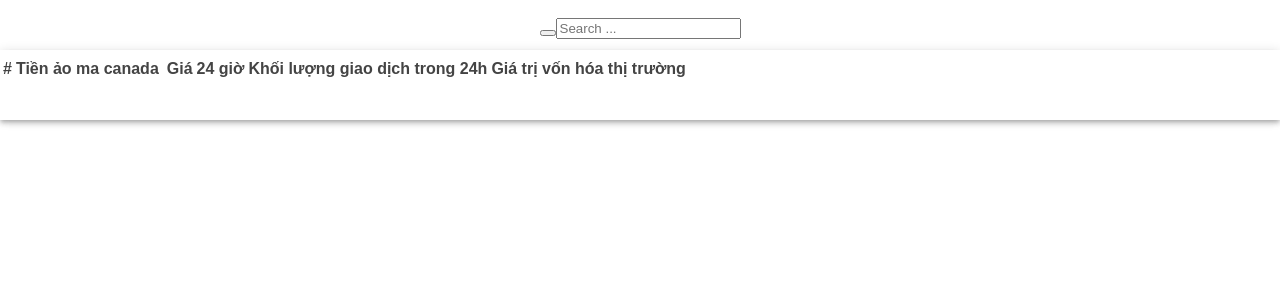
Repository: duongspm/loly-cuptea
Page: /
These files come from the project's save history. The page is drawn as it stood at one moment and after a run of saves; the edit follows.
The browser window is 1280 px wide. The pictures show the whole page.
The page's requests for data from a server got no answer. The project was rebuilt for these pictures with package versions that can differ from the ones it lists, and the page was loaded fresh each time. No one was signed in, and anything a server would have sent is missing. Also part of the build but not shown: src/components/Coins/Coin.css.

Above is the page before, as saved 2022-06-06 23:02:41.

### public/index.html
<!DOCTYPE html>
<html lang="en">
  <head>
    <meta charset="utf-8" />
    <link rel="icon" href="%PUBLIC_URL%/favicon.ico" />
    <meta name="viewport" content="width=device-width, initial-scale=1" />
    <meta name="theme-color" content="#000000" />
    <meta
      name="description"
      content="Web site created using create-react-app"
    />
    <link rel="apple-touch-icon" href="%PUBLIC_URL%/logo192.png" />
    <!--
      manifest.json provides metadata used when your web app is installed on a
      user's mobile device or desktop. See https://developers.google.com/web/fundamentals/web-app-manifest/
    -->
    <link rel="manifest" href="%PUBLIC_URL%/manifest.json" />
    <!--
      Notice the use of %PUBLIC_URL% in the tags above.
      It will be replaced with the URL of the `public` folder during the build.
      Only files inside the `public` folder can be referenced from the HTML.

      Unlike "/favicon.ico" or "favicon.ico", "%PUBLIC_URL%/favicon.ico" will
      work correctly both with client-side routing and a non-root public URL.
      Learn how to configure a non-root public URL by running `npm run build`.
    -->
    <title>Loly Cup Tea | by DuonggDun</title>
  </head>
  <body>
    <noscript>You need to enable JavaScript to run this app.</noscript>
    <div id="root"></div>
    <!--
      This HTML file is a template.
      If you open it directly in the browser, you will see an empty page.

      You can add webfonts, meta tags, or analytics to this file.
      The build step will place the bundled scripts into the <body> tag.

      To begin the development, run `npm start` or `yarn start`.
      To create a production bundle, use `npm run build` or `yarn build`.
    -->
  </body>
</html>

### src/App.js
//import logo from './logo.svg';
import './App.css';
import Header from './components/header_footer/Header';
import Coins from './components/Coins/Coins'

function App() {
  return (
    <div className='App'>
      <Header></Header>
      <Coins></Coins>
    </div>
  );
}

export default App;

Loaded but not shown: src/index.js (common file); src/index.css (common file); src/reportWebVitals.js (common file); src/App.css (common file); src/components/Coins/Coins.js (89 lines, source omitted); src/components/header_footer/Header.js (56 lines, source omitted); src/components/header_footer/TopBar.js (16 lines, source omitted); src/components/header_footer/SideDrawer.js (18 lines, source omitted); src/resources/styles.css (1397 lines, source omitted)

After the next 3 saves:
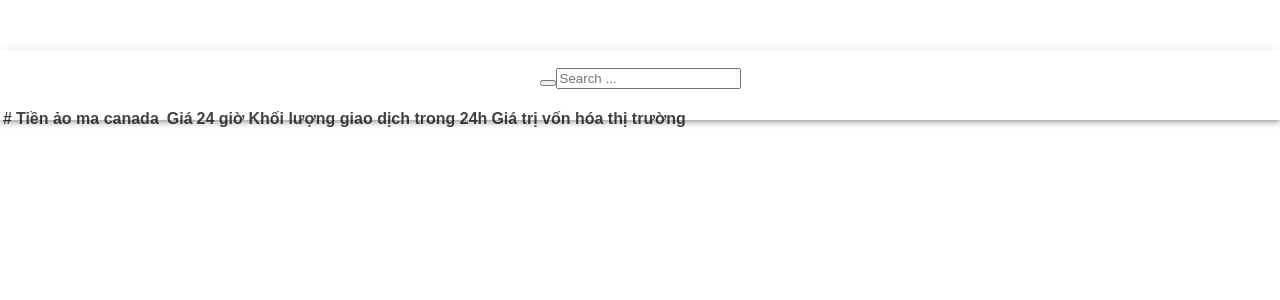
The 3 saves are shown as one change because 1 did not build or start and some came seconds apart.
The last was saved 13 s later.
--- a/src/App.js
+++ b/src/App.js
@@ -2,10 +2,12 @@
 import './App.css';
 import Header from './components/header_footer/Header';
 import Coins from './components/Coins/Coins'
+import TopBar from './components/header_footer/TopBar';
 
 function App() {
   return (
     <div className='App'>
+      <TopBar></TopBar>
       <Header></Header>
       <Coins></Coins>
     </div>
